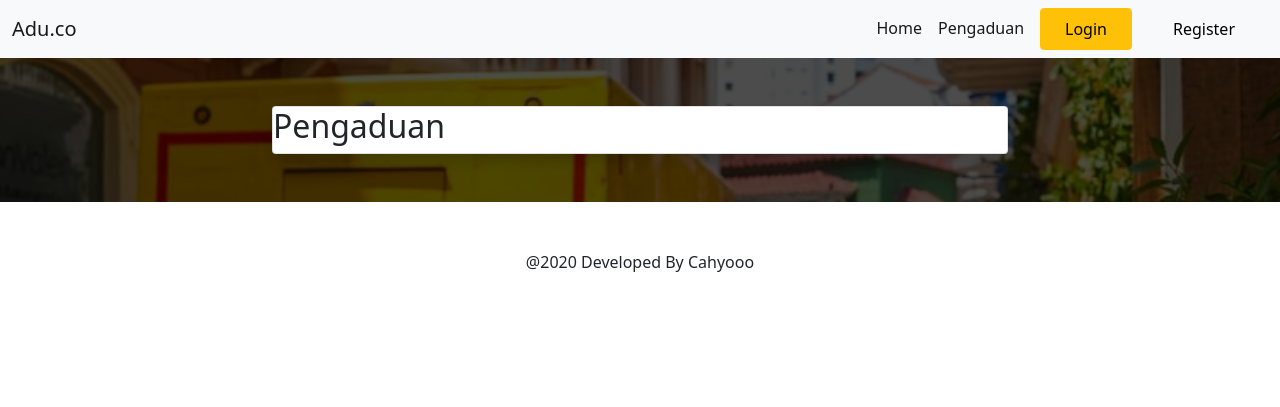
Repository: khulqu15/pengaduan2
Page: http://localhost/form/pengaduan
An editor plug-in stored every save of this project. The page is shown before and after the next save, followed by the edit.
The browser window is 1280 px wide. The pictures show the whole page.
The page is served by the project's Laravel application, run on PHP 8.4 with Laravel 8. Other server files are loaded and not shown.

Above is the page before, as saved 2021-02-23 21:21:46.

### routes/web.php
<?php

use App\Http\Controllers\PageController;
use App\Http\Controllers\UserController;
use Illuminate\Support\Facades\Route;

/*
|--------------------------------------------------------------------------
| Web Routes
|--------------------------------------------------------------------------
|
| Here is where you can register web routes for your application. These
| routes are loaded by the RouteServiceProvider within a group which
| contains the "web" middleware group. Now create something great!
|
*/

Route::get('/', [PageController::class, 'home'])->name('home');

Route::get('form/pengaduan', [PageController::class, 'pengaduanGet'])->name('form.pengaduan');

Route::get('login', [UserController::class, 'loginGet'])->name('loginView');
Route::post('login', [UserController::class, 'loginPost'])->name('loginLogic');
Route::get('register', [UserController::class, 'registerGet'])->name('registerView');
Route::post('register', [UserController::class, 'registerPost'])->name('registerLogic');

### app/Http/Controllers/PageController.php
<?php

namespace App\Http\Controllers;

use Illuminate\Http\Request;

class PageController extends Controller
{
    public function home()
    {
        return view('welcome');
    }

    public function pengaduanGet()
    {
        return view('pengaduan');
    }
}

### resources/views/pengaduan.blade.php
@extends('layout.app')

@section('title', 'Pengaduan')

@section('content')
    <div class="container-fluid image-footer-home py-5">
        <div class="overlay"></div>
        <div class="container position-relative">
            <div class="row">
                <div class="col-md-8 offset-md-2">
                    <div class="card bg-white shadow p5">
                        <h2>Pengaduan</h2>
                    </div>
                </div>
            </div>
        </div>
    </div>
@endsection

### resources/views/layout/app.blade.php
<!DOCTYPE html>
<html lang="en">
<head>
    <meta charset="UTF-8">
    <meta name="viewport" content="width=device-width, initial-scale=1.0">
    <meta http-equiv="X-UA-Compatible" content="ie=edge">
    <title>Pengaduan | @yield('title')</title>

    <link rel="stylesheet" href="{{ asset('css/bootstrap.min.css') }}">
    <link rel="stylesheet" href="{{ asset('css/all.min.css') }}">
    <link rel="stylesheet" href="{{ asset('css/fontawesome.min.css') }}">
    <link rel="stylesheet" href="{{ asset('css/style.css') }}">
    <link rel="stylesheet" href="{{ asset('css/slick.css') }}">
    <link rel="stylesheet" href="{{ asset('css/slick-theme.css') }}">

    <script src="{{ asset('js/jquery-3.5.1.min.js') }}"></script>
    <script src="{{ asset('js/bootstrap.min.js') }}"></script>
    <script src="{{ asset('js/all.min.js') }}"></script>
    <script src="{{ asset('js/fontawesome.min.js') }}"></script>
    <script src="{{ asset('js/slick.min.js') }}"></script>

    @yield('assets')

</head>
<body>
    <nav class="navbar navbar-expand-lg navbar-light bg-light">
        <div class="container-fluid">
          <a class="navbar-brand" href="#">Adu.co</a>
          <button class="navbar-toggler" type="button" data-bs-toggle="collapse" data-bs-target="#navbarSupportedContent" aria-controls="navbarSupportedContent" aria-expanded="false" aria-label="Toggle navigation">
            <span class="navbar-toggler-icon"></span>
          </button>
          <div class="collapse navbar-collapse" id="navbarSupportedContent">
            <ul class="navbar-nav ms-auto mb-2 mb-lg-0">
              <li class="nav-item">
                <a class="nav-link active" aria-current="page" href="{{ route('home') }}">Home</a>
              </li>
              <li class="nav-item">
                <a class="nav-link active" aria-current="page" href="{{ route('form.pengaduan') }}">Pengaduan</a>
              </li>
              <li class="nav-item">
                <a class="btn btn-warning mx-2 px-4 py-2" href="{{ route('loginView') }}">Login</a>
              </li>
              <li class="nav-item">
                <a class="btn btn-light mx-2 px-4 py-2" href="{{ route('registerView') }}">Register</a>
              </li>
            </ul>
          </div>
        </div>
      </nav>

    @yield('content')

    <footer class="container-fluid py-5">
        <div class="row">
            <div class="col-md-12 text-center">
                @2020 Developed By Cahyooo
            </div>
        </div>
    </footer>
</body>
</html>

### public/css/style.css
body {
    overflow-x: hidden !important;
}
.viga {
    font-family: 'Viga', sans-serif;
}
.bgm-primary {
    background-color: #E62A2A !important;
}
.btnm-primary {
    border: none;
    border-radius: 0px !important;
    transition: all .3s ease-in-out;
    background-color: #E62A2A !important;
    padding: 1rem 2rem;
    color: white;
}
.text-right {
    text-align: right !important;
}
.cursor-point {
    cursor: pointer;
}
.btnm-primary:hover {
    color: white !important;
    background-color: #c01c1c !important;
}
.btnm-light {
    border: none;
    border-radius: 0px !important;
    transition: all .3s ease-in-out;
    background-color: #f2f2f2 !important;
    padding: 1rem 2rem;
    color: #292929;
}
.btnm-light:hover {
    color: #292929 !important;
    background-color: #c2c2c2 !important;
}
.textm-primary {
    color: #E62A2A !important;
}
.textm-gray {
    color: gray !important;
}

.input-search-home {
    width: 80%;
    position: absolute;
    left: 10%;
    height: 60px;
    box-shadow: 0px 20px 40px -6px rgba(0, 0, 0, 0.12);
    top: -50px;
    background-color: white;
}
.input-search-home input {
    height: 60px;
}
.input-search-home button,
.input-search-home a {
    position: relative;
    top: -10px;
}


.card-product {
    width: 100%;
    transition: all .3s ease-in-out;
    height: 370px;
    background-color: white;
}
.card-product:hover {
    box-shadow: 12px 24px 48px rgba(0, 0, 0, 0.09);
}
.card-product .image {
    width: 100%;
    height: 170px;
    background-color: #f36c6c;
    overflow: hidden;
}
.card-product .image img {
    transition: all .3s ease-in-out;
}
.card-product .image:hover img {
    transform: scale(1.1);
    opacity: .6;
}
.image-fit-card {
    width: 100%;
    height: 100%;
    object-fit: cover !important;
}
.card-product .line-category {
    display: inline-block;
    width: 20px;
    height: 3px;
    background-color: gray;
}

.bg-hammer-bottom {
    background: url('../img/wallpaper/hammer.png');
    background-attachment: fixed;
    background-position: center;
    background-size: cover;
}

.input-email-footer {
    position: relative;
    width: 100%;
    height: 70px;
    box-shadow: 0px 19px 38px rgba(0, 0, 0, 0.12);
    background-color: white;
}
.input-email-footer input {
    height: 70px;
    width: 100%;
}
.input-email-footer button {
    position: relative;
    top: -8px
}

.menu-footer {
    color: rgba(255, 255, 255, .5);
}
.menu-footer:hover {
    color: rgba(255, 255, 255, 1);
    cursor: pointer;
    transition: all .4s ease-in-out;
}
.menu-footer .icon {
    position: absolute;
    right: -50px;
    opacity: 0;
    transition: all .2s ease-in-out;
    visibility: hidden;
}
.menu-footer:hover .icon {
    position: relative;
    opacity: 1;
    right: 0;
    visibility: visible;
}
.menu-footer .menu-title {
    transition: all .2s ease-in-out;
    position: relative;
    font-size: 3rem;
    right: -10px;
}
.menu-footer:hover .menu-title {
    position: relative;
    right: 0px;
}

.icons-footer svg {
    transition: all .2s ease-in-out;
    color: #c2c2c2;
    margin: 0px .8rem;
    font-size: 1.4rem;
}

.icons-footer svg:hover {
    cursor: pointer;
    color: #767676;
}

.navbar {
    transition: all .3s ease-in-out;
    z-index: 100;
}
.burger {
    margin: 10px 0px 0px 0px;
}
.burger div {
    width: 40px;
    height: 5px;
    margin: 7px 0px;
    background-color: #767676;
}
.image-footer-home {
    background-image: url('../img/wallpaper/1.jpg');
    background-size: cover;
    background-attachment: fixed;
    position: relative;
}
.image-footer-home .overlay {
    background-color: rgba(0, 0, 0, 0.7);
    position: absolute;
    left: 0;
    top: 0;
    width: 100%;
    height: 100%;
}

Loaded but not shown: app/Http/Controllers/Controller.php (common file); public/css/bootstrap.min.css (library); public/css/all.min.css (library); public/css/fontawesome.min.css (library); public/css/slick.css (common file); public/css/slick-theme.css (library); public/js/jquery-3.5.1.min.js (library); public/js/bootstrap.min.js (library); public/js/fontawesome.min.js (library); public/js/slick.min.js (library)

After the next save:
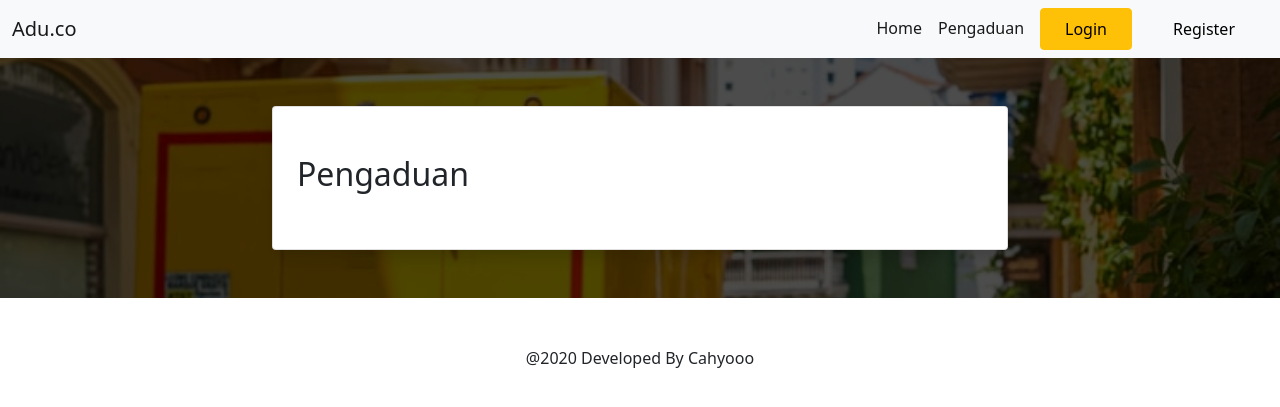
Saved 5 s later.
--- a/resources/views/pengaduan.blade.php
+++ b/resources/views/pengaduan.blade.php
@@ -8,7 +8,7 @@
         <div class="container position-relative">
             <div class="row">
                 <div class="col-md-8 offset-md-2">
-                    <div class="card bg-white shadow p5">
+                    <div class="card bg-white shadow py-5 px-4">
                         <h2>Pengaduan</h2>
                     </div>
                 </div>
